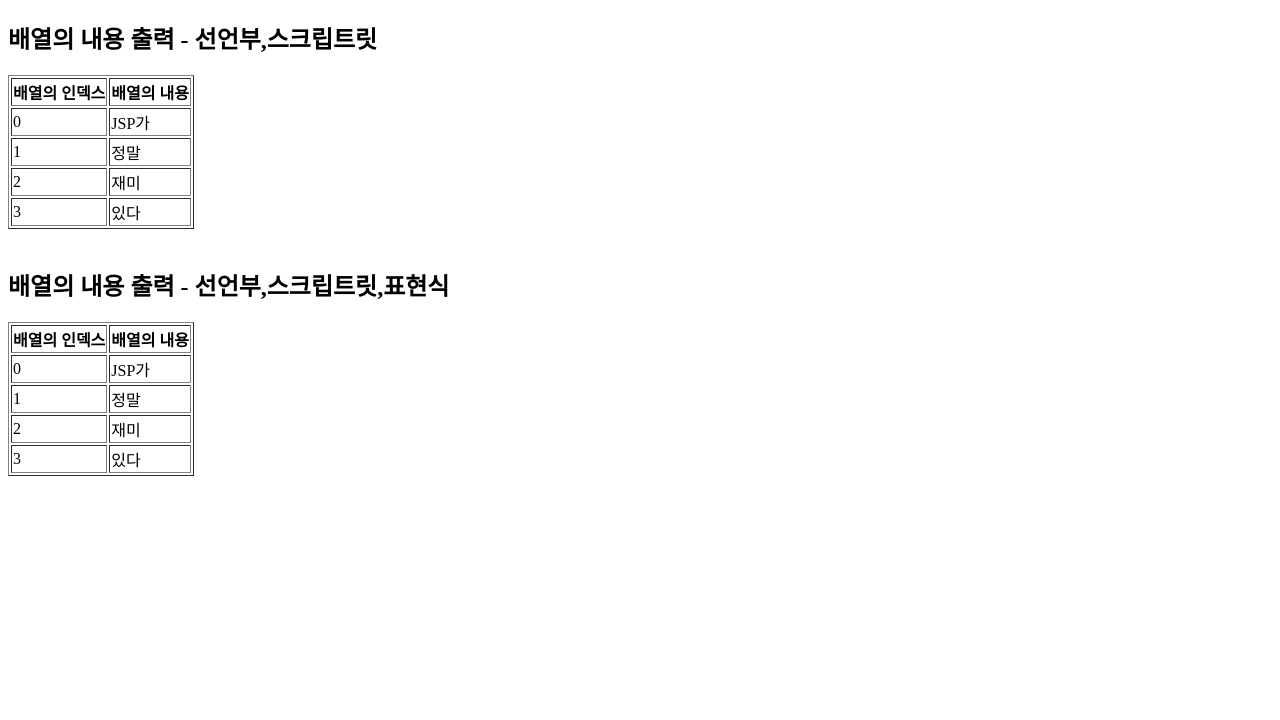
Repository: yuntaekOhO/SY_Academy_Study
Page: http://localhost/ch03-JSP/ch01-basic/s03_script.jsp
An editor plug-in stored every save of this project. The page is shown before and after the next save, followed by the edit.
The browser window is 1280 px wide. The pictures show the whole page.
The page is served by Tomcat 9. Other server files are loaded and not shown.

Above is the page before, as saved 2022-06-24 03:19:44.

### workspace_jsp/ch03-JSP/src/main/webapp/ch01-basic/s03_script.jsp
<%@ page language="java" contentType="text/html; charset=UTF-8"
    pageEncoding="UTF-8"%>
<!DOCTYPE html>
<html>
<head>
<meta charset="UTF-8">
<title>스크립트</title>
</head>
<body>
<h2>배열의 내용 출력 - 선언부,스크립트릿</h2>
<%!
	//선언부 : 변수 선언, 메서드 정의
	String[] str = {"JSP가","정말","재미","있다"};
%>
<table border="1">
	<tr>
		<th>배열의 인덱스</th>
		<th>배열의 내용</th>
	</tr>
<%
	//스크립트릿 : 변수 선언, 연산, 제어문, out.println() 메서드를 이용한 출력
	for(int i=0;i<str.length;i++){
		out.println("<tr>");
		out.println("	<td>" + i + "</td>");
		out.println("	<td>" + str[i] + "</td>");
		out.println("</tr>");
	}
%>
</table>
<br>
<h2>배열의 내용 출력 - 선언부,스크립트릿,표현식</h2>
<table border="1">
	<tr>
		<th>배열의 인덱스</th>
		<th>배열의 내용</th>
	</tr>
<%
	for(int i=0;i<str.length;i++){
%>
	<tr>
		<td><%= i %></td>
		<td><%= str[i] %></td>
	</tr>
<%
	}
%>
</table>
</body>
</html>

After the next save:
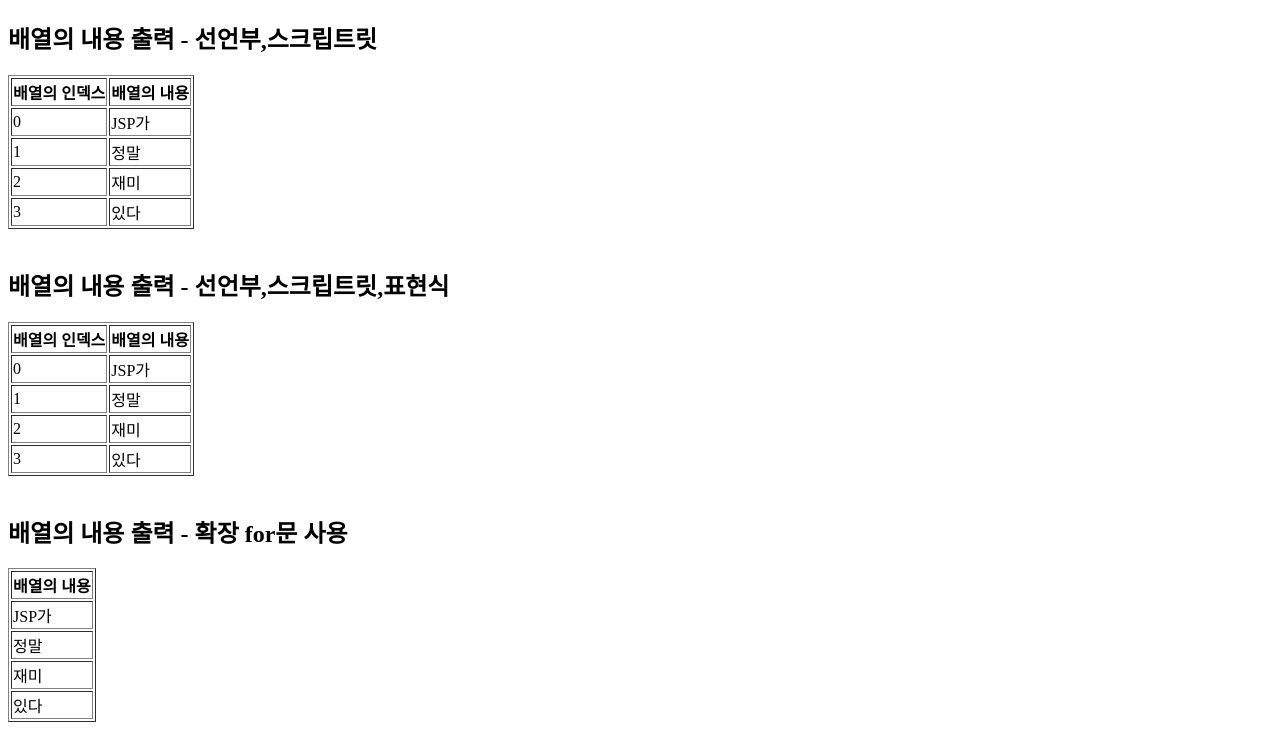
Saved 6 min 15 s later.
--- a/workspace_jsp/ch03-JSP/src/main/webapp/ch01-basic/s03_script.jsp
+++ b/workspace_jsp/ch03-JSP/src/main/webapp/ch01-basic/s03_script.jsp
@@ -45,5 +45,21 @@
 	}
 %>
 </table>
+<br>
+<h2>배열의 내용 출력 - 확장 for문 사용</h2>
+<table border="1">
+	<tr>
+		<th>배열의 내용</th>
+	</tr>
+<%
+	for(String s : str) {
+%>
+	<tr>
+		<td><%= s %></td>
+	</tr>
+<%
+	}
+%>
+</table>
 </body>
 </html>
